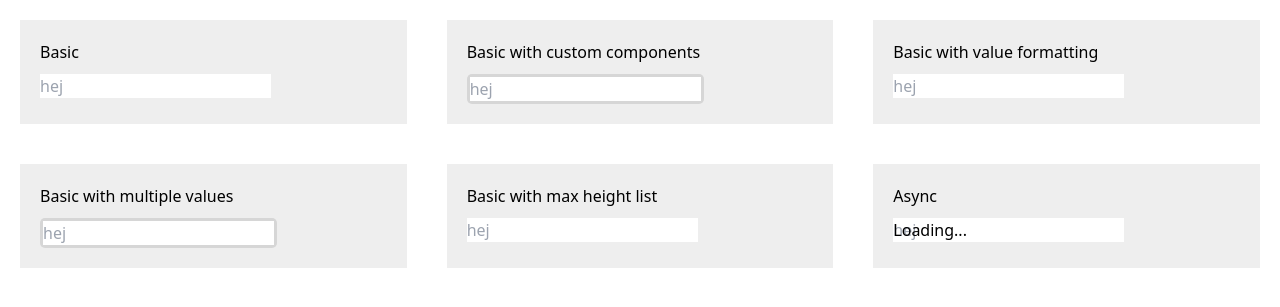
Repository: Frexity/frx-react
Page: / (app in ui/react-select/)
An editor plug-in stored every save of this project. The page is shown before and after the next save, followed by the edit.
The browser window is 1280 px wide. The pictures show the whole page.
The page's requests for data from a server got no answer. Some web libraries are served in a nearby version. The project was rebuilt for these pictures with package versions that can differ from the ones it lists, and the page was loaded fresh each time. No one was signed in, and anything a server would have sent is missing. Also part of the build but not shown: ui/react-select/vite.config.ts, ui/react-select/src/CustomSelectComponents/ListLoadingIndicator.tsx, ui/react-select/src/dummy-components/ListLoadingIndicator.tsx.

Above is the page before, as saved 2022-08-21 00:26:22.

### ui/react-select/index.html
<!DOCTYPE html>
<html lang="en">
  <head>
    <meta charset="UTF-8" />
    <link rel="icon" type="image/svg+xml" href="/vite.svg" />
    <meta name="viewport" content="width=device-width, initial-scale=1.0" />
    <title>React Select</title>
    <script src="https://cdn.tailwindcss.com/3.1.8"></script>
  </head>
  <body>
    <div id="root"></div>
    <script type="module" src="/src/main.tsx"></script>
  </body>
</html>

### ui/react-select/src/App.tsx
import './styles.css'

import { ClearIndicator } from './CustomSelectComponents/ClearIndicator'
import { Control } from './CustomSelectComponents/Control'
import { ListLoadingIndicator } from './CustomSelectComponents/ListLoadingIndicator'
import { Option } from './CustomSelectComponents/Option'
import { dummyComponents } from './dummy-components'
import { Select } from './Select'
import { AsyncSelect } from './Select/Async'

const options = [
  { label: 'Option 1', value: '1' },
  { label: 'Option 2', value: '2' },
  { label: 'Option 3', value: '3' },
  { label: 'Option 4', value: '4' },
  { label: 'Option 5', value: '5' },
  { label: 'Option 6', value: '6' },
  { label: 'Option 7', value: '7' },
  { label: 'Option 8', value: '8' },
  { label: 'Option 9', value: '9' },
  { label: 'Option 10', value: '10' },
]

const customComponents = {
  Option,
  Control,
  ClearIndicator,
  ListLoadingIndicator,
}

export default function App() {
  return (
    <div className="cards">
      <div className="card">
        <h3>Basic</h3>
        <Select options={options} components={dummyComponents} />
      </div>
      <div className="card">
        <h3>Basic with custom components</h3>
        <Select options={options} components={customComponents} />
      </div>
      <div className="card">
        <h3>Basic with value formatting</h3>
        <Select
          options={options}
          components={dummyComponents}
          valueFormatter={(value) => {
            return value ? `This is value: ${value}` : null
          }}
        />
      </div>
      <div className="card">
        <h3>Basic with multiple values</h3>
        <Select options={options} components={customComponents} canSelectMultipleValues />
      </div>
      {/* <div className="card">
        <h3>TODO: Basic with initial value</h3>
        <Select options={options} components={customComponents} canSelectMultipleValues />
      </div> */}
      <div className="card">
        <h3>Basic with max height list</h3>
        <Select
          options={options}
          components={dummyComponents}
          optionsListProps={{
            maxHeight: 150,
          }}
        />
      </div>
      <div className="card">
        <h3>Async</h3>
        <AsyncSelect
          options={options}
          components={dummyComponents}
          asyncOptions={{
            url: 'https://jsonplaceholder.typicode.com/albums',
            startPage: 0,
            perPage: 4,
            queryAttribute: 'page',
            labelAttribute: 'title',
            valueAttribute: 'id',
            loadOnMount: true,
          }}
        />
      </div>
      {/* <div className="card">
        <h3>TODO: Async with initial value</h3>
        <AsyncSelect
          options={options}
          components={dummyComponents}
          asyncOptions={{
            url: 'https://jsonplaceholder.typicode.com/albums',
            startPage: 0,
            perPage: 4,
            queryAttribute: 'page',
            labelAttribute: 'title',
            valueAttribute: 'id',
            loadOnMount: true,
          }}
        />
      </div> */}
    </div>
  )
}

### ui/react-select/src/styles.css
.dropdown {
  position: fixed;
  border: 1px solid red;
  display: none;
  z-index: 1;
  background: white;
}

input:focus + .dropdown {
  display: block;
}

.card {
  margin: 20px;
  padding: 20px;
  background-color: #eee;
  overflow: hidden;
  overflow-y: scroll;
}

h3 {
  margin-bottom: 10px;
}

.cards {
  display: grid;
  grid-template-columns: repeat(auto-fill, minmax(400px, 1fr));
}

### ui/react-select/src/CustomSelectComponents/ClearIndicator.tsx
import { memo } from 'react'
import { ClearIndicatorComponentProps } from '../Select/types'

export const ClearIndicator = memo(({ clearIndicatorContainerStyles, onClick }: ClearIndicatorComponentProps) => {
  return (
    <div style={clearIndicatorContainerStyles} onClick={onClick}>
      <svg viewBox="0 0 460.775 460.775" style={{ width: 12, height: 12 }}>
        <path
          fill="#66f"
          d="M285.08,230.397L456.218,59.27c6.076-6.077,6.076-15.911,0-21.986L423.511,4.565c-2.913-2.911-6.866-4.55-10.992-4.55  c-4.127,0-8.08,1.639-10.993,4.55l-171.138,171.14L59.25,4.565c-2.913-2.911-6.866-4.55-10.993-4.55  c-4.126,0-8.08,1.639-10.992,4.55L4.558,37.284c-6.077,6.075-6.077,15.909,0,21.986l171.138,171.128L4.575,401.505  c-6.074,6.077-6.074,15.911,0,21.986l32.709,32.719c2.911,2.911,6.865,4.55,10.992,4.55c4.127,0,8.08-1.639,10.994-4.55  l171.117-171.12l171.118,171.12c2.913,2.911,6.866,4.55,10.993,4.55c4.128,0,8.081-1.639,10.992-4.55l32.709-32.719  c6.074-6.075,6.074-15.909,0-21.986L285.08,230.397z"
        />
      </svg>
    </div>
  )
})

### ui/react-select/src/CustomSelectComponents/Control.tsx
import { ControlComponentProps } from '../Select/types'

export const Control = ({ controlStyles, children }: ControlComponentProps) => {
  return (
    <div
      style={{
        ...controlStyles,
        borderRadius: 5,
        padding: 3,
        backgroundColor: '#d6d6d6',
      }}
    >
      {children}
    </div>
  )
}

### ui/react-select/src/CustomSelectComponents/Option.tsx
import { memo } from 'react'
import { OptionComponentProps } from '../Select/types'

export const Option = memo(({ isSelected, label, onSelect }: OptionComponentProps) => {


  return (
    <li className="text-gray-900 cursor-pointer py-2 pl-3 pr-9 hover:bg-sky-300" onClick={onSelect}>
      <div className="flex items-center">
        <img
          src="https://images.unsplash.com/photo-1491528323818-fdd1faba62cc?ixlib=rb-1.2.1&ixid=eyJhcHBfaWQiOjEyMDd9&auto=format&fit=facearea&facepad=2&w=256&h=256&q=80"
          alt=""
          className="flex-shrink-0 h-6 w-6 rounded-full"
        />
        <span className={`${isSelected ? 'font-bold text-blue-700' : 'font-normal'} ml-3 block truncate`}>{label}</span>
      </div>
    </li>
  )
})

### ui/react-select/src/dummy-components/index.ts
import { Control } from './Control'
import { ClearIndicator } from './ClearIndicator'
import { ControlLoadingIndicator } from './ControlLoadingIndicator'
import { ListLoadingIndicator } from './ListLoadingIndicator'
import { Option } from './Option'

export const dummyComponents = {
  Control,
  ClearIndicator,
  ControlLoadingIndicator,
  ListLoadingIndicator,
  Option,
}

### ui/react-select/src/Select/index.tsx
import { InnerSelect } from './common'
import { SelectProvider } from './Context'
import { OutsideClickHandler } from './OutsideClickHandler'
import { SelectProps } from './types'

export const Select = ({
  valueFormatter,
  options,
  components,
  optionsDropdownProps,
  optionsListProps,
  canSelectMultipleValues,
}: Omit<SelectProps, 'asyncOptions'>) => {
  // const [o, setO] = useState(options);

  // Test setting options from outside the context/component
  /*
  useEffect(() => {
    setTimeout(() => {
      setO([{ label: "New", value: "x" }]);
    }, 2000);
  }, []);
  console.log({ o });
  */

  return (
    <SelectProvider value={{ options }}>
      <OutsideClickHandler>
        <InnerSelect
          valueFormatter={valueFormatter}
          components={components}
          optionsDropdownProps={optionsDropdownProps}
          optionsListProps={optionsListProps}
          canSelectMultipleValues={canSelectMultipleValues}
        />
      </OutsideClickHandler>
    </SelectProvider>
  )
}

### ui/react-select/src/Select/Async/index.tsx
import { SelectProps } from '../types'
import { AsyncHandler } from './AsyncHandler'
import { InnerSelect } from '../common'
import { SelectProvider } from '../Context'
import { OutsideClickHandler } from '../OutsideClickHandler'

export const AsyncSelect = ({
  valueFormatter,
  options,
  components,
  optionsDropdownProps,
  optionsListProps,
  asyncOptions,
}: SelectProps) => {
  return (
    <SelectProvider value={{ options }}>
      <OutsideClickHandler>
        <InnerSelect
          valueFormatter={valueFormatter}
          components={components}
          optionsDropdownProps={optionsDropdownProps}
          optionsListProps={optionsListProps}
          asyncOptions={asyncOptions}
          AsyncHandler={AsyncHandler}
        />
      </OutsideClickHandler>
    </SelectProvider>
  )
}

### ui/react-select/src/dummy-components/Control.tsx
import { ControlComponentProps } from '../Select/types'

export const Control = ({ controlStyles, children }: ControlComponentProps) => {
  return <div style={controlStyles}>{children}</div>
}

### ui/react-select/src/dummy-components/ClearIndicator.tsx
import { memo } from 'react'
import { ClearIndicatorComponentProps } from '../Select/types'

export const ClearIndicator = memo(({ clearIndicatorContainerStyles, onClick }: ClearIndicatorComponentProps) => {
  return (
    <div style={clearIndicatorContainerStyles} onClick={onClick}>
      X
    </div>
  )
})

### ui/react-select/src/dummy-components/ControlLoadingIndicator.tsx
import { memo } from 'react'
import { ControlLoadingIndicatorComponentProps } from '../Select/types'

export const ControlLoadingIndicator = memo(({ isVisible }: ControlLoadingIndicatorComponentProps) => {
  return isVisible ? <div style={{ position: 'absolute', bottom: 0, left: 0, zIndex: 2 }}>Loading...</div> : null
})

### ui/react-select/src/dummy-components/Option.tsx
import { memo } from 'react'
import { OptionComponentProps } from '../Select/types'

export const Option = memo(({ isSelected, label, onSelect }: OptionComponentProps) => {
  return (
    <div style={{ fontWeight: isSelected ? 'bold' : 'normal' }} onClick={onSelect}>
      {label}
    </div>
  )
})

### ui/react-select/src/Select/common.tsx
import { useContext } from 'react'
import { SelectProps } from './types'
import { ClearIndicator } from './ClearIndicator'
import { SelectContext } from './Context'
import { Input } from './Input'
import { Options } from './Options'
import { OptionsDropdown } from './OptionsDropdown'
import { OptionsList } from './OptionsList'
import { selectStyles } from './styles'

export const InnerSelect = ({
  valueFormatter,
  components,
  optionsDropdownProps,
  optionsListProps,
  asyncOptions,
  AsyncHandler,
  canSelectMultipleValues,
}: Omit<SelectProps, 'options'> & { AsyncHandler?: any }) => {
  const { state } = useContext<any>(SelectContext)

  return (
    <>
      <components.Control controlStyles={selectStyles.control}>
        <Input valueFormatter={valueFormatter} />
        {components.ClearIndicator && <ClearIndicator ClearIndicatorComponent={components.ClearIndicator} />}
        {components.ControlLoadingIndicator && <components.ControlLoadingIndicator isVisible={state.isLoading} />}
      </components.Control>
      <OptionsDropdown optionsDropdownProps={optionsDropdownProps}>
        {components.ListLoadingIndicator && (
          <components.ListLoadingIndicator isVisible={state.isOpen && state.isLoading} />
        )}
        <OptionsList optionsListProps={optionsListProps} isAsync={!!asyncOptions}>
          <Options OptionComponent={components.Option} canSelectMultipleValues={canSelectMultipleValues} />
        </OptionsList>
      </OptionsDropdown>
      {AsyncHandler && <AsyncHandler asyncOptions={asyncOptions} />}
    </>
  )
}

### ui/react-select/src/Select/Context.tsx
import React, { useReducer, createContext, useId, useEffect, PropsWithChildren } from 'react'

function reducer(state: any, action: any) {
  return { ...state, ...action }
}

const SelectContext = createContext({}) as any

const SelectProvider = ({ children, value }: PropsWithChildren<{ value: any }>) => {
  const inputElementId = useId()
  const listElementId = useId()
  const dropdownElementId = useId()

  const initialState = {
    isOpen: false,
    hasReachedBottom: false,
    isLoading: false,
    inputElementId,
    dropdownElementId,
    listElementId,
    options: value.options,
    selectedValue: null,
  }
  const [state, dispatch] = useReducer(reducer, initialState)
  const store = React.useMemo(() => ({ state, dispatch }), [state])

  /*
  TODO:
  - Get scroll ref, to scrollToTop when it opens
  */

  // Update options when they come from the outside
  useEffect(() => {
    dispatch({ options: value.options })
  }, [value.options])

  return <SelectContext.Provider value={store}>{children}</SelectContext.Provider>
}

export { SelectContext, SelectProvider }

### ui/react-select/src/Select/OutsideClickHandler.tsx
import { memo, ReactNode, useContext, useEffect, useRef } from 'react'
import { SelectContext } from './Context'

interface OutsideClickHandlerProps {
  children: ReactNode
}

const useOutsideClick = (callback: any) => {
  const ref = useRef<any>()

  useEffect(() => {
    const handleClick = (event: MouseEvent) => {
      if (ref.current && !ref.current.contains(event.target)) {
        callback()
      }
    }

    document.addEventListener('mousedown', handleClick, true)

    return () => {
      document.removeEventListener('mousedown', handleClick, true)
    }
  }, [ref, callback])

  return ref
}

export const OutsideClickHandler = memo(({ children }: OutsideClickHandlerProps) => {
  const { dispatch } = useContext<any>(SelectContext)

  const ref = useOutsideClick(() => {
    dispatch({ isOpen: false })
  })

  return <span ref={ref}>{children}</span>
})

### ui/react-select/src/Select/Async/AsyncHandler.tsx
import { useContext, useEffect } from 'react'
import { SelectContext } from '../Context'
import { SelectProps } from '../types'
import { sleep } from '../utils'

interface AsyncHandlerProps {
  asyncOptions: SelectProps['asyncOptions']
}

export const AsyncHandler = ({ asyncOptions }: AsyncHandlerProps) => {
  const { state, dispatch } = useContext<any>(SelectContext)

  useEffect(() => {
    if (!state.hasReachedBottom) {
      return
    }
    async function fetchData() {
      if (!asyncOptions?.url) {
        return
      }
      dispatch({ isLoading: true })
      const result = await fetch(asyncOptions.url)
      await sleep(2000)
      if (result.ok) {
        const data = await result.json()
        console.log({ data })
        dispatch({ hasReachedBottom: false, isLoading: false })
      }
    }
    if (asyncOptions?.url) {
      fetchData()
    }
  }, [state.hasReachedBottom, asyncOptions?.url, dispatch])

  useEffect(() => {
    async function fetchData() {
      if (!asyncOptions?.url) {
        return
      }
      dispatch({ isLoading: true })
      const result = await fetch(asyncOptions.url)
      await sleep(2000)
      if (result.ok) {
        const data = await result.json()
        const mappedData = data.map((item: Record<string, string>) => {
          return {
            label: item[asyncOptions?.labelAttribute || 'label'],
            value: item[asyncOptions?.valueAttribute || 'value'],
          }
        })
        dispatch({
          options: mappedData,
          hasReachedBottom: false,
          isLoading: false,
        })
      }
    }
    if (asyncOptions?.url && asyncOptions?.loadOnMount) {
      fetchData()
    }
  }, [state.hasReachedBottom, asyncOptions?.url, dispatch])

  return <></>
}

### ui/react-select/src/Select/ClearIndicator.tsx
import { ComponentType, useCallback, useContext } from 'react'
import { SelectContext } from './Context'

import { selectStyles } from './styles'
import { ClearIndicatorComponentProps } from './types'

interface ClearIndicatorProps {
  ClearIndicatorComponent: ComponentType<ClearIndicatorComponentProps>
}

export const ClearIndicator = ({ ClearIndicatorComponent }: ClearIndicatorProps) => {
  const { state, dispatch } = useContext<any>(SelectContext)

  const handleClick = useCallback(() => {
    dispatch({ selectedValue: null })
  }, [dispatch])

  return (
    <span style={{ display: state.selectedValue ? 'initial' : 'none' }}>
      <ClearIndicatorComponent
        onClick={handleClick}
        selectedValue={state.selectedValue}
        clearIndicatorContainerStyles={selectStyles.clearIndicator}
      />
    </span>
  )
}

### ui/react-select/src/Select/Input.tsx
import { useContext, useCallback, memo } from 'react'
import { SelectContext } from './Context'
import { SelectProps } from './types'

interface InnerInputProps {
  valueFormatter: SelectProps['valueFormatter']
  selectedValue: string
  id: string
  onFocus: () => void
}

const InnerInput = memo(({ valueFormatter, selectedValue, id, onFocus }: InnerInputProps) => {
  const formattedValue = valueFormatter ? valueFormatter(selectedValue) : selectedValue

  return (
    <div className="holder">
      <input
        id={id}
        type="text"
        placeholder="hej"
        onFocus={onFocus}
        value={formattedValue || ''}
        onChange={() => {
          return
        }}
      />
    </div>
  )
})

export const Input = memo(({ valueFormatter }: Pick<SelectProps, 'valueFormatter'>) => {
  const { state, dispatch } = useContext<any>(SelectContext)

  const onFocus = useCallback(() => {
    dispatch({ isOpen: true })
  }, [dispatch])

  return (
    <InnerInput
      selectedValue={state.selectedValue}
      id={state.inputElementId}
      onFocus={onFocus}
      valueFormatter={valueFormatter}
    />
  )
})

### ui/react-select/src/Select/Options.tsx
import { memo, useCallback, useContext } from 'react'
import { SelectContext } from './Context'
import { OptionType, SelectComponents } from './types'

interface InnerOptionsProps {
  OptionComponent: any
  onSelect: any
  options: any
  selectedValue: any
}

const InnerOptions = memo(({ selectedValue, options, onSelect, OptionComponent }: InnerOptionsProps) => {
  return (
    <>
      {options.map((option: OptionType) => {
        const isSelected = selectedValue === option.value
        return (
          <OptionComponent
            key={option.value}
            label={option.label}
            value={option.value}
            isSelected={isSelected}
            onSelect={() => {
              onSelect(option.value)
            }}
          />
        )
      })}
    </>
  )
})

interface OptionsProps {
  OptionComponent: SelectComponents['Option']
  canSelectMultipleValues: boolean | undefined
}

export const Options = ({ OptionComponent, canSelectMultipleValues }: OptionsProps) => {
  const { state, dispatch } = useContext<any>(SelectContext)

  const onSelect = useCallback(
    (value: string) => {
      dispatch({ selectedValue: value, isOpen: false })
    },
    [dispatch],
  )

  return (
    <InnerOptions
      options={state.options}
      OptionComponent={OptionComponent}
      selectedValue={state.selectedValue}
      onSelect={onSelect}
    />
  )
}

### ui/react-select/src/Select/OptionsDropdown.tsx
import { SelectContext } from './Context'
import { ReactNode, useContext, useEffect } from 'react'

import { getScrollParent, normalizedHeight, setMenuPosition } from './utils'
import { SelectProps } from './types'

interface OptionsDropdownProps {
  children: ReactNode
  optionsDropdownProps?: SelectProps['optionsDropdownProps']
}

export const OptionsDropdown = ({ children }: OptionsDropdownProps) => {
  const { state } = useContext<any>(SelectContext)

  // TODO: Reposition on window resize
  useEffect(() => {
    // TODO: Get unique ID instead
    const dropdown = document.getElementById(state.dropdownElementId)
    if (!dropdown) {
      return
    }

    const input = document.getElementById(state.inputElementId)
    if (!input) {
      return
    }
    if (!state.isOpen) {
      dropdown.style.display = 'none'
      return
    }

    const parent = getScrollParent(input)

    const style = getComputedStyle(input)

    const borderTopWidth = parseInt(style.borderTopWidth, 10) || 0
    const borderLeftWidth = parseInt(style.borderLeftWidth, 10) || 0
    const borderBottomWidth = parseInt(style.borderBottomWidth, 10) || 0
    const inputHeight = normalizedHeight(input) + borderTopWidth + borderBottomWidth

    setMenuPosition(dropdown, input, inputHeight, borderLeftWidth)

    function scrollEventHandler(this: HTMLElement) {
      if (!dropdown) {
        return
      }
      setMenuPosition(dropdown, this, inputHeight, borderLeftWidth)
    }

    parent.addEventListener('scroll', scrollEventHandler.bind(input))

    dropdown.style.display = 'initial'
  }, [state.isOpen, state.inputElementId, state.dropdownElementId])

  return (
    <div className="dropdown" id={state.dropdownElementId}>
      {children}
    </div>
  )
}

### ui/react-select/src/Select/OptionsList.tsx
import { SelectContext } from './Context'
import { useContext, memo, useCallback, useEffect, PropsWithChildren } from 'react'
import { scrollIsAtBottom } from './utils'
import { SelectProps } from './types'

interface InnerOptionsListProps {
  isAsync: boolean
  optionsListProps: SelectProps['optionsListProps']
  onReachedBottom: (() => void) | undefined
  listElementId: string
}

const InnerOptionsList = memo(
  ({
    children,
    isAsync,
    optionsListProps,
    onReachedBottom,
    listElementId,
  }: PropsWithChildren<InnerOptionsListProps>) => {
    useEffect(() => {
      if (!isAsync) {
        return
      }
      const element = document.getElementById(listElementId)
      if (!element) {
        return
      }

      function checkIfAtBottom() {
        if (element && scrollIsAtBottom(element)) {
          onReachedBottom && onReachedBottom()
        }
      }
      element.addEventListener('scroll', checkIfAtBottom)

      return () => {
        element.removeEventListener('scroll', checkIfAtBottom)
      }
    }, [onReachedBottom, listElementId, isAsync])

    return (
      <div
        id={listElementId}
        style={{
          maxHeight: optionsListProps?.maxHeight || 'unset',
          overflowY: optionsListProps?.maxHeight ? 'scroll' : 'unset',
        }}
      >
        <ul>{children}</ul>
      </div>
    )
  },
)

interface OptionsListProps {
  isAsync: boolean
  optionsListProps: any
}

export const OptionsList = ({ children, optionsListProps, isAsync }: PropsWithChildren<OptionsListProps>) => {
  const { state, dispatch } = useContext<any>(SelectContext)

  const onReachedBottom = useCallback(() => {
    if (state.hasReachedBottom) {
      return
    }
    dispatch({ hasReachedBottom: true })
  }, [dispatch, state.hasReachedBottom])

  return (
    <InnerOptionsList
      isAsync={isAsync}
      optionsListProps={optionsListProps}
      onReachedBottom={isAsync ? onReachedBottom : undefined}
      listElementId={state.listElementId}
    >
      {children}
    </InnerOptionsList>
  )
}

### ui/react-select/src/Select/styles.ts
export const selectStyles = {
  clearIndicator: {
    position: 'absolute',
    top: 0,
    right: 0,
    bottom: 0,
    display: 'flex',
    padding: '0 7px',
    justifyContent: 'center',
    alignItems: 'center',
    cursor: 'pointer',
  },
  control: {
    position: 'relative',
    display: 'inline-block',
  },
}

### ui/react-select/src/Select/utils.ts
export function getScrollParent(element: HTMLElement) {
  let style = window.getComputedStyle(element)
  const excludeStaticParent = style.position === 'absolute'
  const overflowRx = /(auto|scroll)/
  const documentElement = document.documentElement

  if (style.position === 'fixed') {
    return documentElement
  }

  // eslint-disable-next-line @typescript-eslint/ban-ts-comment
  // @ts-ignore
  for (let parent = element; (parent = parent.parentElement); ) {
    style = window.getComputedStyle(parent)
    if (excludeStaticParent && style.position === 'static') {
      continue
    }
    if (overflowRx.test(style.overflow + style.overflowY + style.overflowX)) {
      return parent
    }
  }

  return documentElement
}

export function getScrollTop(el: HTMLElement) {
  if (isDocumentElement(el)) {
    return window.scrollY
  }
  return el.scrollTop
}

export function normalizedHeight(el: HTMLElement) {
  if (isDocumentElement(el)) {
    return window.innerHeight
  }

  return el.clientHeight
}

export function isDocumentElement(el: HTMLElement) {
  return [document.documentElement, document.body, window].indexOf(el) > -1
}

// https://github.com/JedWatson/react-select/blob/b0411ff46bc1ecf45d9bca4fb58fbce1e57f847c/packages/react-select/src/internal/useScrollCapture.js

export function setMenuPosition(dropdown: HTMLElement, element: HTMLElement, inputHeight: number, leftOffset: number) {
  // Done with JS instead of React, otherwise it will lag behind
  const offset = element.getBoundingClientRect()
  const top = offset.top
  const left = offset.left
  dropdown.style.top = `${top + inputHeight}px`
  dropdown.style.left = `${left + leftOffset}px`
}

export function scrollIsAtBottom(node: HTMLElement) {
  return node.scrollTop + node.offsetHeight === node.scrollHeight
}

export function sleep(ms: number) {
  return new Promise((resolve) => setTimeout(resolve, ms))
}

Loaded but not shown: ui/react-select/src/main.tsx (common file)

After the next save:
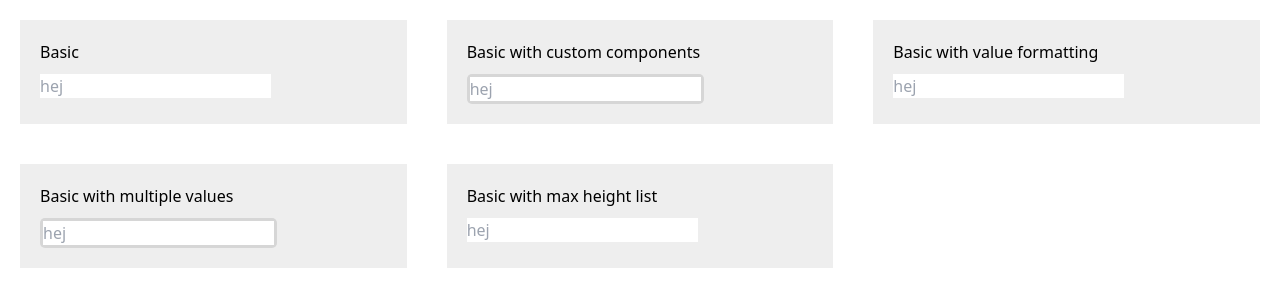
Saved 8 s later.
--- a/ui/react-select/src/App.tsx
+++ b/ui/react-select/src/App.tsx
@@ -67,7 +67,7 @@ export default function App() {
           }}
         />
       </div>
-      <div className="card">
+      {/* <div className="card">
         <h3>Async</h3>
         <AsyncSelect
           options={options}
@@ -82,7 +82,7 @@ export default function App() {
             loadOnMount: true,
           }}
         />
-      </div>
+      </div> */}
       {/* <div className="card">
         <h3>TODO: Async with initial value</h3>
         <AsyncSelect
